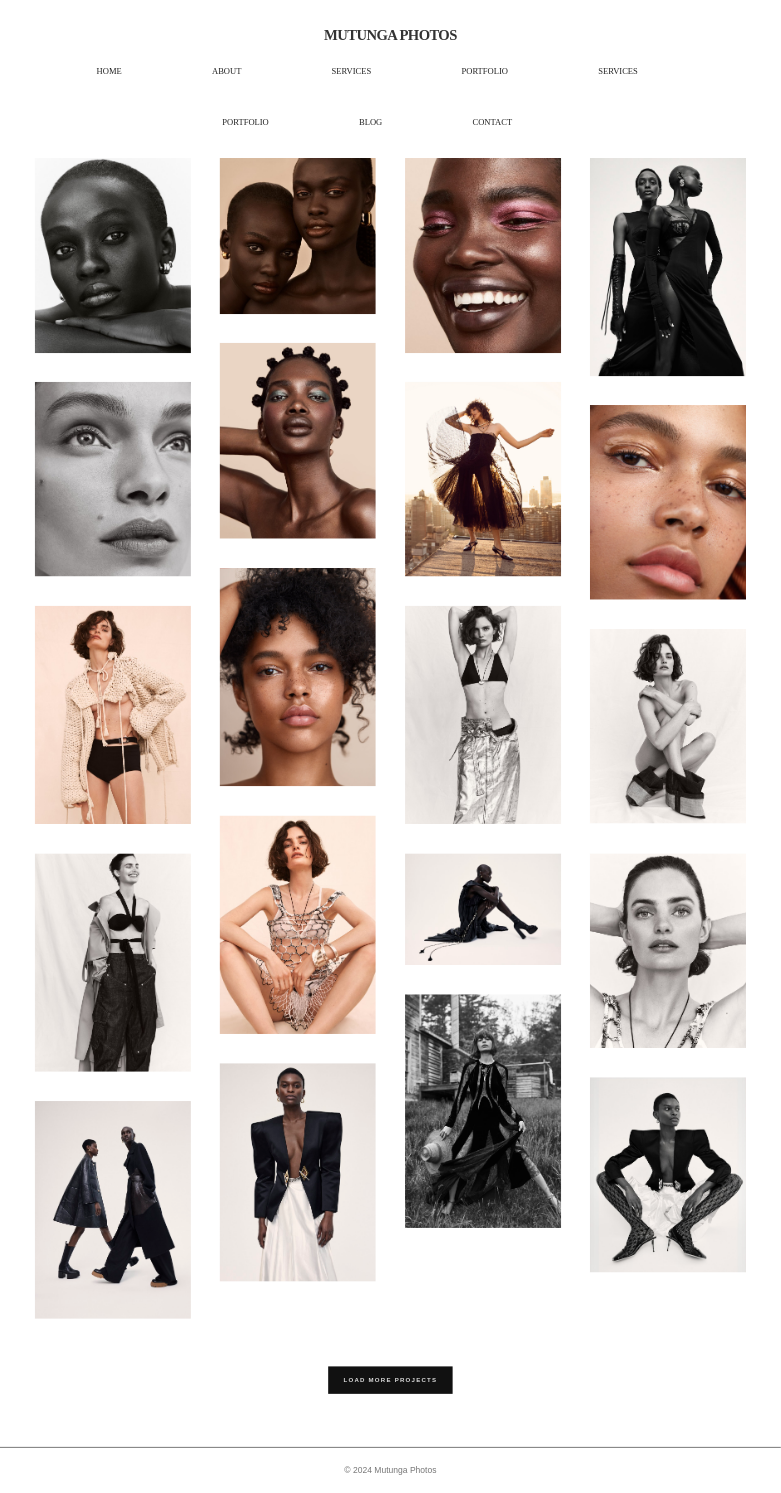
Repository: Jonar254/mutunga-concept-01
Page: index.html
The author's editor kept a copy of each file at every save. The page is drawn from the files as they stood at one save, then again after a run of saves.
The browser window is 1280 px wide. The pictures show the whole page, at 61% of full size.
Some web fonts or font styles are not loaded; a fallback is used.

Above is the page before, as saved 2024-07-02 17:19:19.

After the next 4 saves:
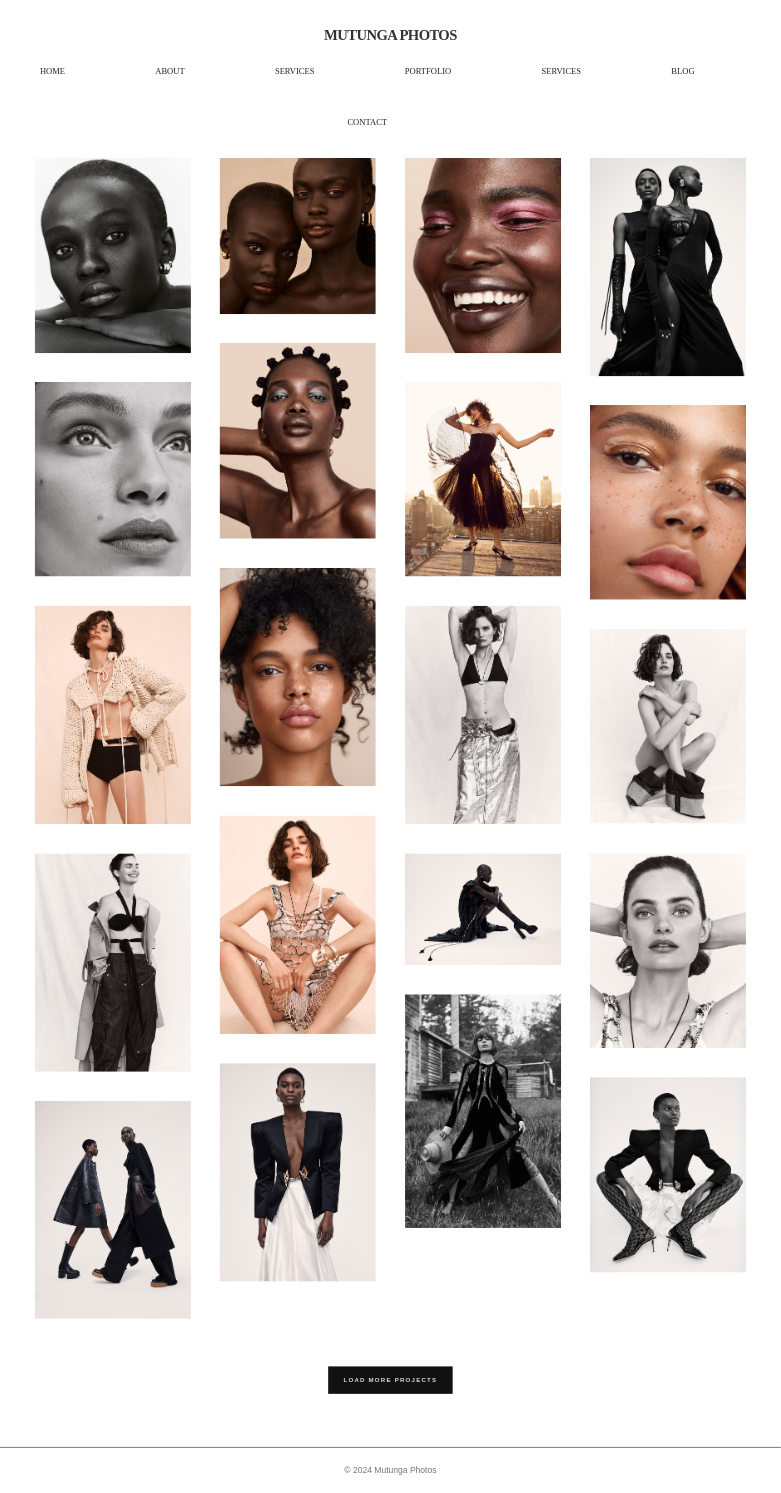
The 4 saves are shown as one change because they came seconds apart.
The last was saved 22 s later.
--- a/index.html
+++ b/index.html
@@ -64,8 +64,7 @@
                             <li class="nav-item"><a href="services.html" class="nav-link">Services</a></li>
                             <li class="nav-item"><a href="portfolio.html" class="nav-link">Portfolio</a></li>
                             <li class="nav-item"><a href="services.html" class="nav-link">Services</a></li>
-                            <li class="nav-item"><a href="portfolio.html" class="nav-link">Portfolio</a></li>
-                            <li class="nav-item"><a href="blog.html" class="nav-link">Blog</a>
+                                                        <li class="nav-item"><a href="blog.html" class="nav-link">Blog</a>
                                 <ul class="submenu">
                                     <li class="nav-item"><a href="blog-single.html" class="nav-link">Blog Single</a></li>
                                 </ul>
